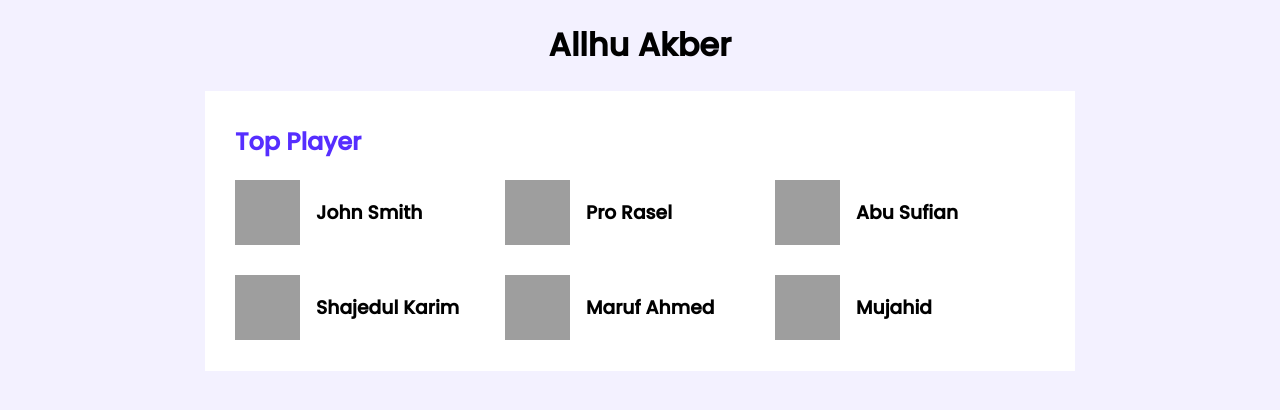
Repository: zjria/leader-board
Page: index.html
The author's editor kept a copy of each file at every save. The page is drawn from the files as they stood at one save, then again after the next save.
The browser window is 1280 px wide. The pictures show the whole page.
Pictures or frames that could not be fetched are drawn as grey boxes.

Above is the page before, as saved 2022-09-03 09:48:28.

### index.html
<!DOCTYPE html>
<html lang="en">

<head>
    <meta charset="UTF-8">
    <meta http-equiv="X-UA-Compatible" content="IE=edge">
    <meta name="viewport" content="width=device-width, initial-scale=1.0">
    <title>leader-board</title>
    <!-- Custom CSS -->
    <link rel="stylesheet" href="/style/style.css">
</head>

<body>
    <h1>Allhu Akber</h1>
    <!-- Header Section -->
    <header>

    </header>
    <!-- Main Section -->
    <main>
        <section class="container">
            <div class="top-players">
                <h2 class="section-title">Top Player</h2>
                <div class="players">
                    <div class="player">
                        <img src="images/players/player-1.png" alt="">
                        <h3 class="name-title">John Smith</h3>
                    </div>
                    <div class="player">
                        <img src="images/players/player-2.png" alt="">
                        <h3 class="name-title">Pro Rasel</h3>
                    </div>
                    <div class="player">
                        <img src="images/players/player-3.png" alt="">
                        <h3 class="name-title">Abu Sufian</h3>
                    </div>
                    <div class="player">
                        <img src="images/players/player-4.png" alt="">
                        <h3 class="name-title">Shajedul Karim</h3>
                    </div>
                    <div class="player">
                        <img src="images/players/player-5.png" alt="">
                        <h3 class="name-title">Maruf Ahmed</h3>
                    </div>
                    <div class="player">
                        <img src="images/players/player-6.png" alt="">
                        <h3 class="name-title">Mujahid</h3>
                    </div>
                </div>
            </div>
        </section>
    </main>
</body>

</html>

### style/style.css
/* Google Fonts */
@import url('https://fonts.googleapis.com/css2?family=Poppins:wght@500&family=Roboto:wght@100;300;400;500;700;900&display=swap');

h1 {
    display: flex;
    justify-content: center;
}

/* Commant CSS Utilitis */
body {
    border: 0px;
    margin: 0px;
    font-family: 'Poppins', sans-serif;
    /* font-family: 'Roboto', sans-serif; */
    background-color: #F3F1FF;
}

/* Top Players Section */
main {
    display: flex;
    justify-content: center;
}

.section-title {
    color: #562EFF;
    font-size: 24px;
}

.container {
    background-color: #FFFFFF;
    width: 870px;
}

.top-players {
    padding: 30px;
}

h2.section-title {
    margin-top: 3px;
}

.players {
    display: grid;
    grid-template-columns: repeat(3, 1fr);
    grid-row-gap: 29px;
}

.player {
    display: flex;
    align-items: center;
}

.player img {
    width: 65px;
    height: 65px;
}

.name-title {
    margin-left: 16px;
}

After the next save:
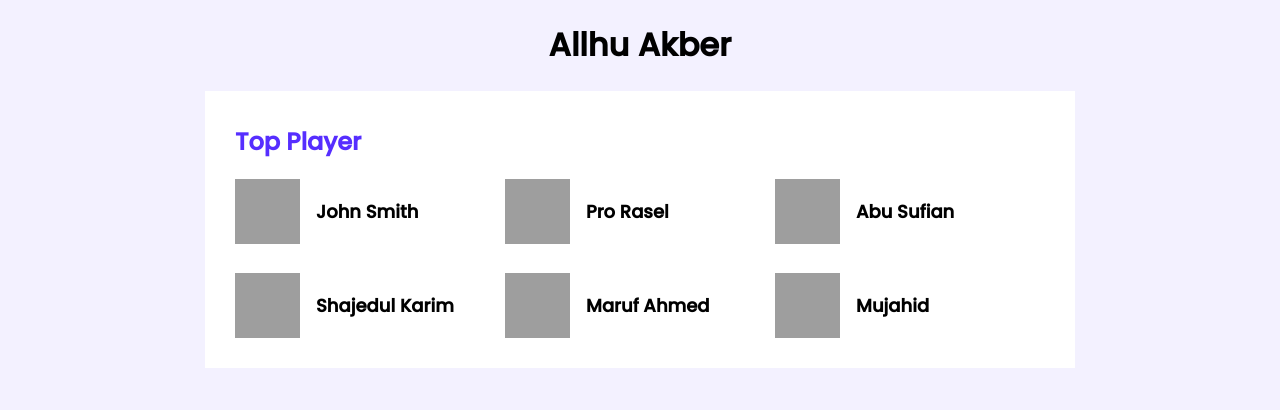
Saved 39 s later.
--- a/style/style.css
+++ b/style/style.css
@@ -57,4 +57,5 @@ h2.section-title {
 
 .name-title {
     margin-left: 16px;
+    font-size: 18px;
 }
